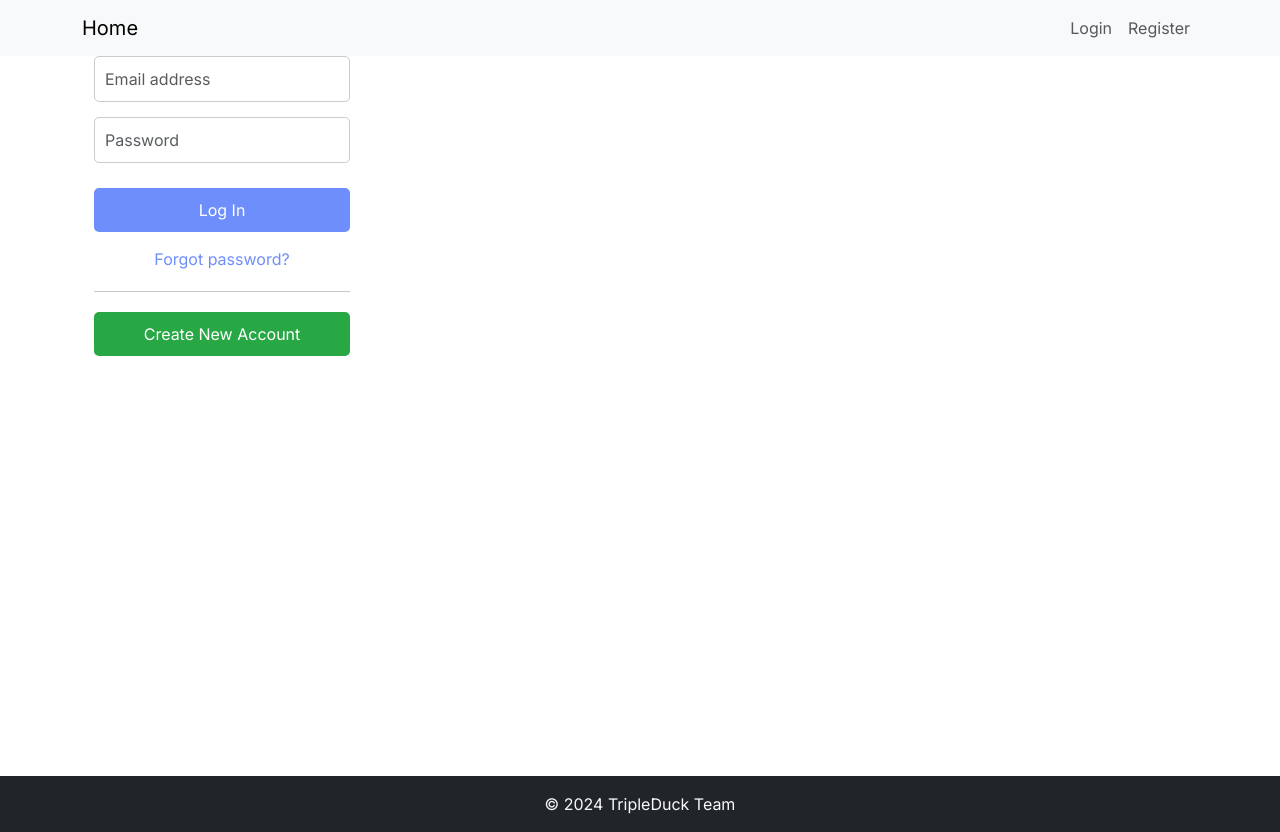
Repository: tdphong1293/KHDL01_DemoWebKafka
Page: /auth/login (app in Frontend_Client/)
An editor plug-in stored every save of this project. The page is shown before and after the next save, followed by the edit.
The browser window is 1280 px wide. The pictures show the whole page.
The project was rebuilt for these pictures with package versions that can differ from the ones it lists, and the page was loaded fresh each time. The framework's server and built-in components were replaced by stand-ins that run in the browser. Also part of the build but not shown: Frontend_Client/next.config.mjs.

Above is the page before, as saved 2024-07-21 20:37:30.

After the next save:
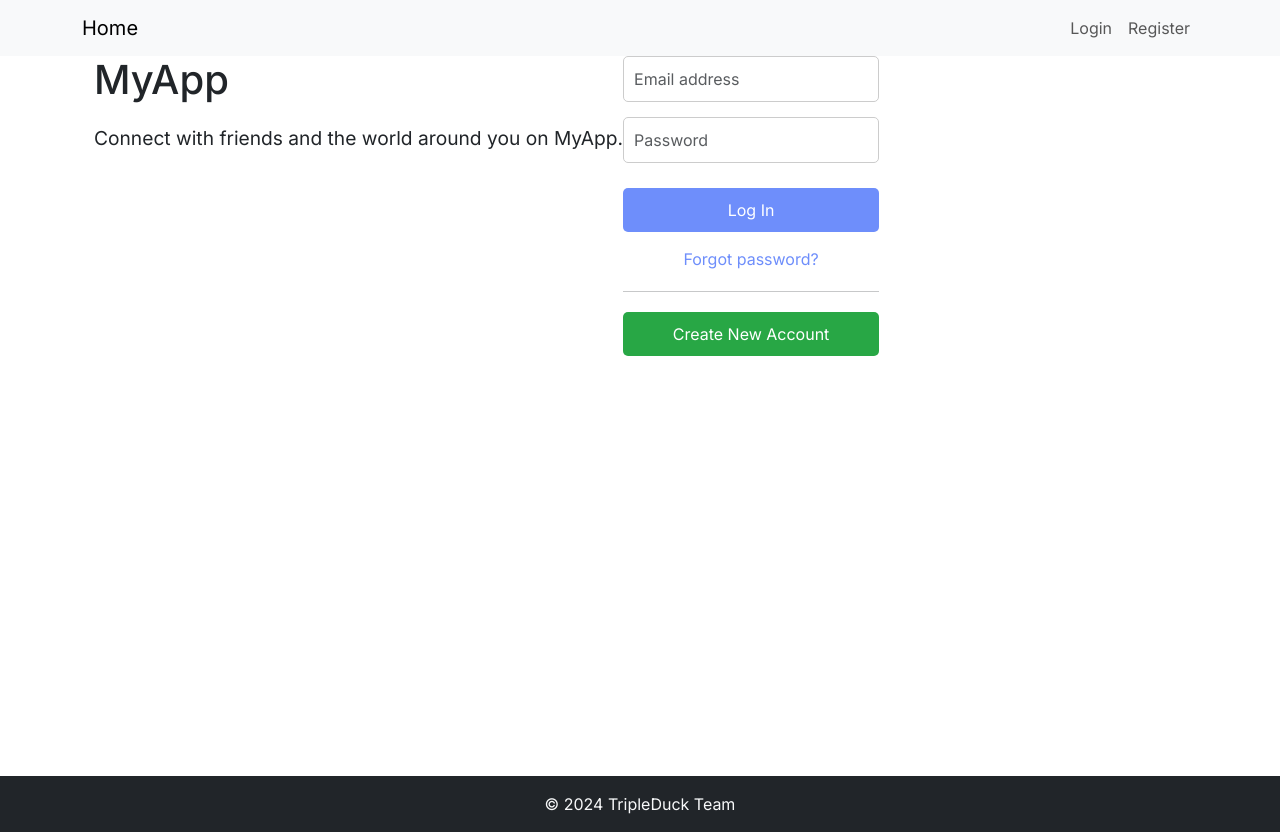
Saved 6 s later.
--- a/Frontend_Client/src/app/auth/login/page.tsx
+++ b/Frontend_Client/src/app/auth/login/page.tsx
@@ -15,10 +15,10 @@ const Login: FC = () => {
   return (
     <ClientLayout>
       <div className={styles.loginContainer}>
-        {/* <div className={styles.topPanel}>
+        <div className={styles.topPanel}>
           <h1 className={styles.brand}>MyApp</h1>
           <p className={styles.description}>Connect with friends and the world around you on MyApp.</p>
-        </div> */}
+        </div>
         <div className={styles.bottomPanel}>
           <Form onSubmit={handleSubmit} className={styles.loginForm}>
             <Form.Group controlId="formBasicEmail" className={styles.formGroup}>
